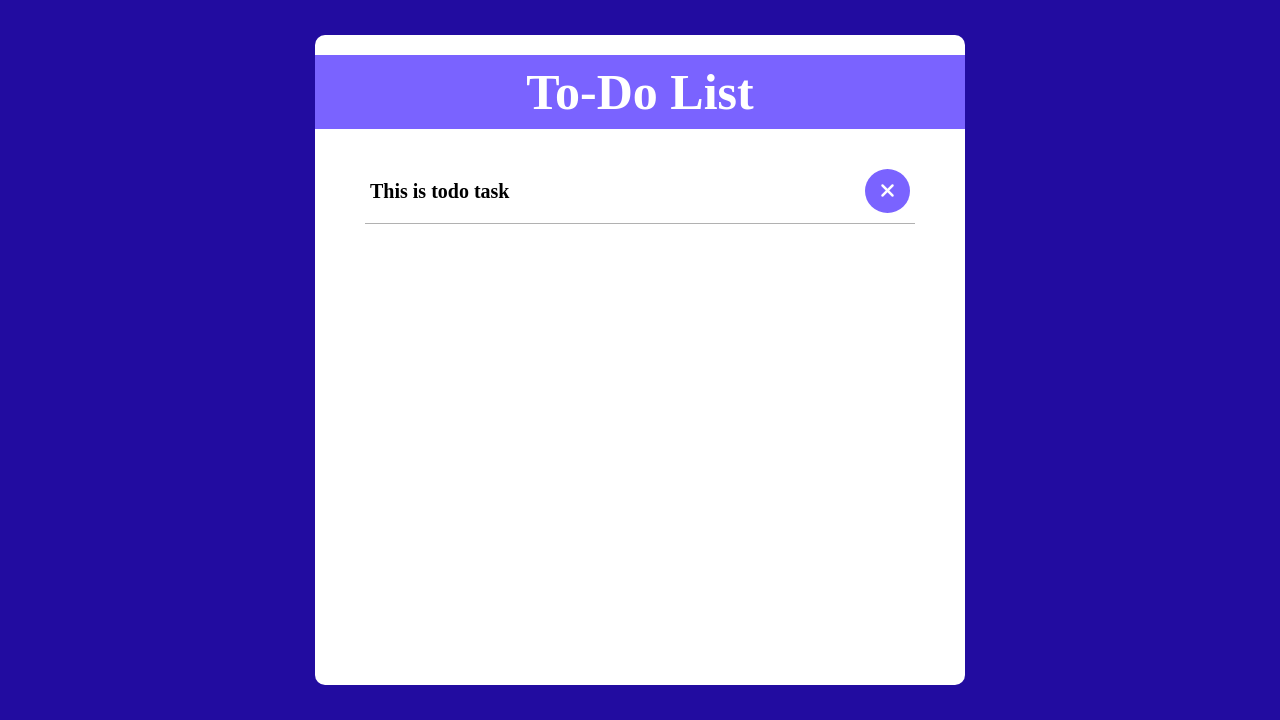
Repository: AliHassan02-Dev/To-Do-App
Page: /
An editor plug-in stored every save of this project. The page is shown before and after the next save, followed by the edit.
The browser window is 1280 px wide. The pictures show the whole page.
Some web libraries are served in a nearby version. The project was rebuilt for these pictures with package versions that can differ from the ones it lists, and the page was loaded fresh each time. Also part of the build but not shown: vite.config.js.

Above is the page before, as saved 2024-10-28 11:45:49.

### src/App.css
* {
  margin: 0;
  padding: 0;
  box-sizing: border-box;
  font-family: poppins;
}

.mainWrapper {
  width: 100%;
  height: 100vh;
  background-color: rgb(34, 12, 160);
  display: flex;
  justify-content: center;
  flex-direction: column;
}

.mainWrapper .container {
  width: 100%;
  max-width: 650px;
  height: 650px;
  background-color: white;
  margin: auto;
  border-radius: 10px;
}

.mainWrapper .container .topBar {
  margin: 20px 0px;
}

.mainWrapper .container .topBar h2 {
  width: 100%;
  text-align: center;
  background-color: rgb(122, 99, 255);
  font-size: 50px;
  padding: 8px;
  color: white;
}

.mainWrapper .container .bottomBar {
  margin: 20px 0px;
  padding: 10px 50px;
}

.mainWrapper .container .bottomBar ol {
  list-style-type: none;
}

.mainWrapper .container .bottomBar .taskList {
  width: 100%;
  flex-wrap: nowrap;
  display: flex;
  justify-content: space-between;
  align-items: center;
  border-bottom: 1px solid rgba(100, 100, 100, 0.5);
  padding: 10px 5px;
}

.mainWrapper .container .bottomBar .taskList li {
  font-size: 20px;
  font-weight: 600;
}

.mainWrapper .container .bottomBar .taskList span {
  color: white;
  background-color: rgb(122, 99, 255);
  padding: 12px 15px;
  font-size: 20px;
  border-radius: 100%;
  cursor: pointer;
}

### src/App.jsx
import React from "react";

const App = () => {
  return (
    <div className="mainWrapper">
      <div className="container">
        <div className="topBar">
          <h2>To-Do List</h2>
        </div>
        <div className="bottomBar">
          <ol>
            <div className="taskList">
              <li>This is todo task</li>
              <span class="fa-solid fa-xmark"></span>
            </div>
          </ol>
        </div>
      </div>
    </div>
  );
};

export default App;

Loaded but not shown: index.html (common file); src/main.jsx (common file)

After the next save:
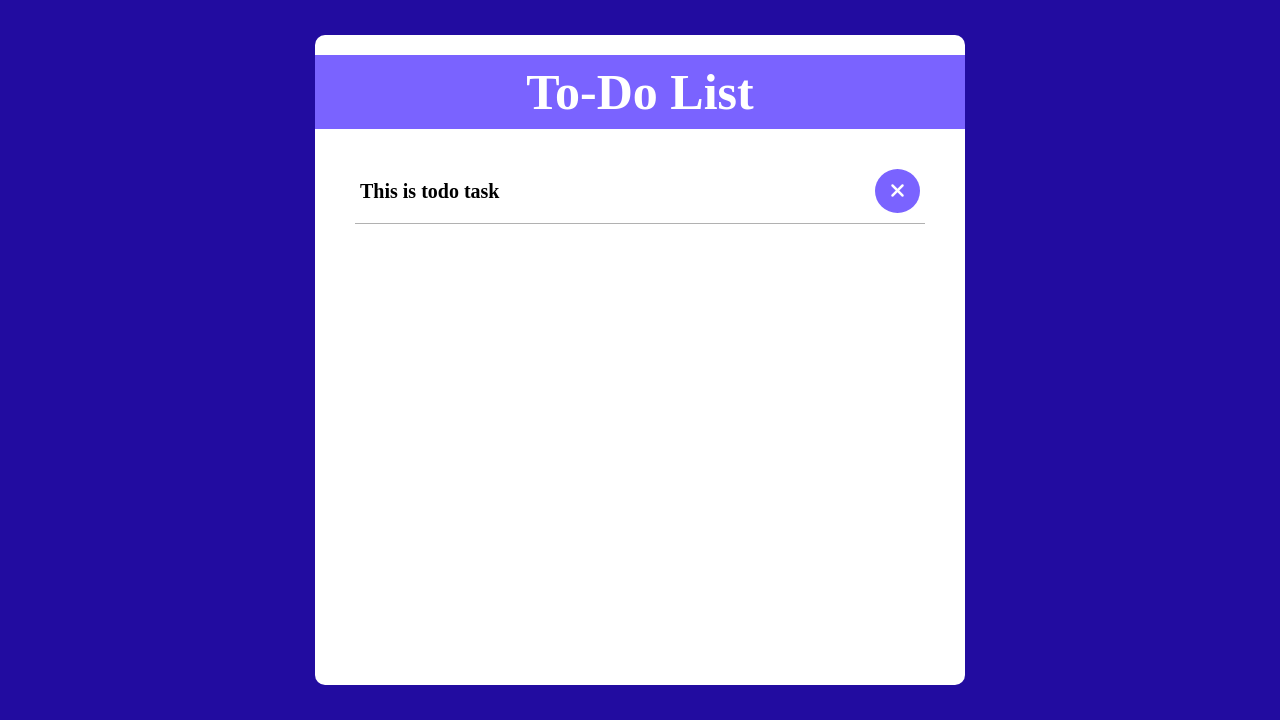
Saved 8 s later.
--- a/src/App.css
+++ b/src/App.css
@@ -38,7 +38,7 @@
 
 .mainWrapper .container .bottomBar {
   margin: 20px 0px;
-  padding: 10px 50px;
+  padding: 10px 40px;
 }
 
 .mainWrapper .container .bottomBar ol {
